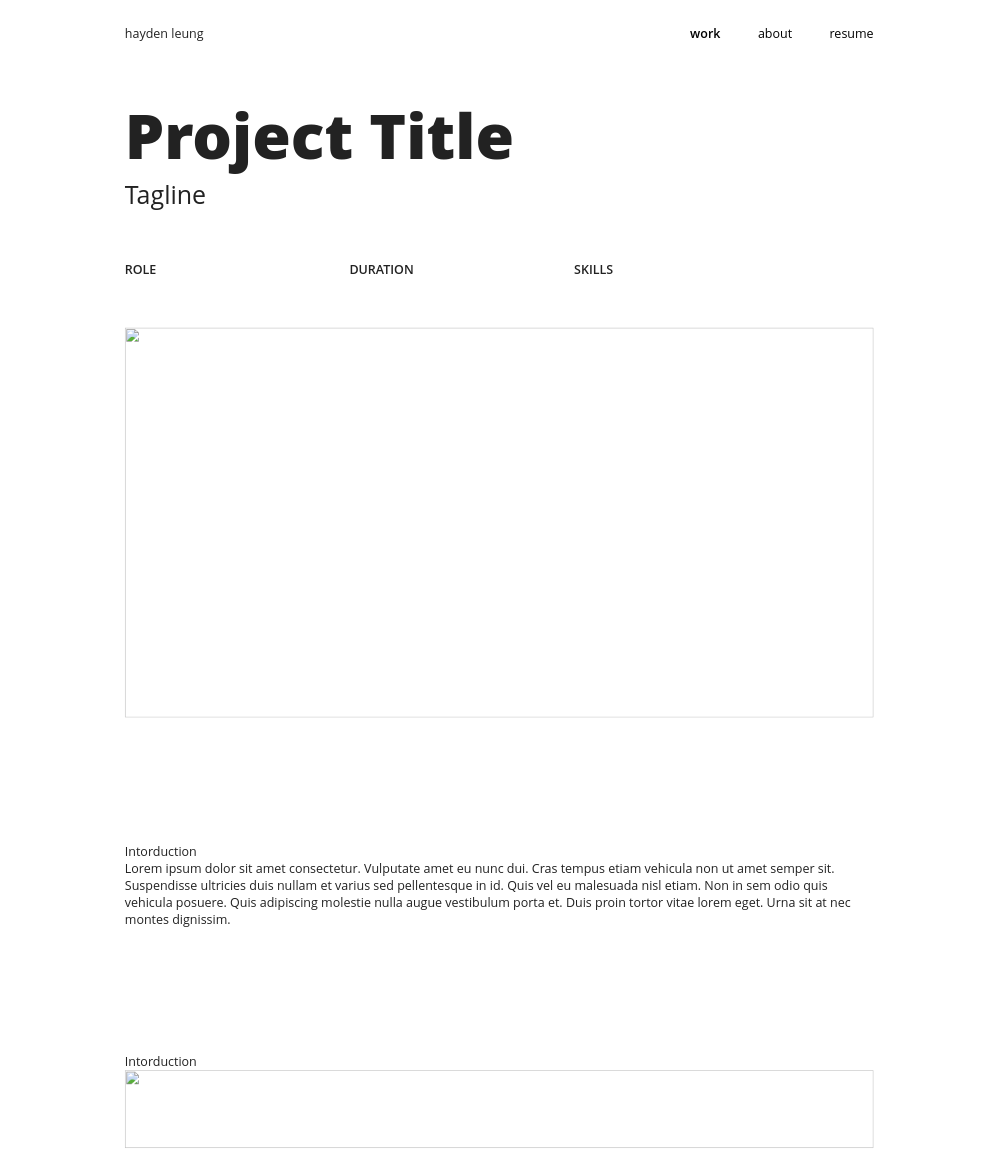
Repository: Haydenleung/Artifact
Page: /
These files come from the project's save history. The page is drawn as it stood at one moment and after a run of saves; the edit follows.
The browser window is 1280 px wide. The pictures show the whole page, at 78% of full size.
The project was rebuilt for these pictures with package versions that can differ from the ones it lists, and the page was loaded fresh each time. The framework's server and built-in components were replaced by stand-ins that run in the browser. Also part of the build but not shown: next.config.mjs.

Above is the page before, as saved 2024-01-29 00:04:36.

After the next 2 saves:
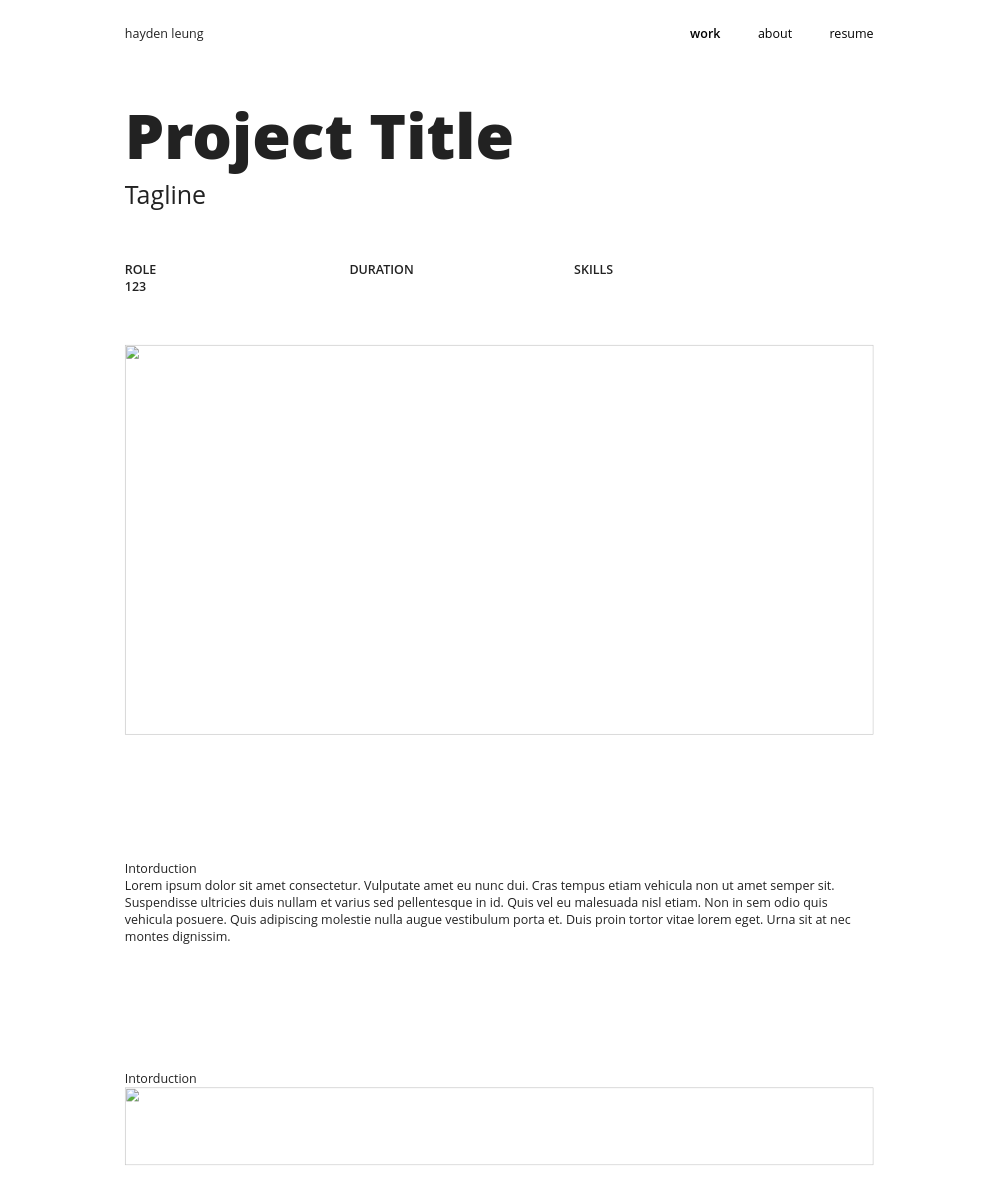
The 2 saves are shown as one change because they came seconds apart.
The last was saved 19 s later.
--- a/src/components/CaseStudy/index.tsx
+++ b/src/components/CaseStudy/index.tsx
@@ -8,7 +8,9 @@ export default function CaseStudy() {
                 <h1 className={styles.projetTitle}>Project Title</h1>
                 <h3 className={styles.projectTag}>Tagline</h3>
                 <div className={styles.projectInfo}>
-                    <div>ROLE</div>
+                    <div>ROLE
+                        <div>123</div>
+                    </div>
                     <div>DURATION</div>
                     <div>SKILLS</div>
                 </div>
